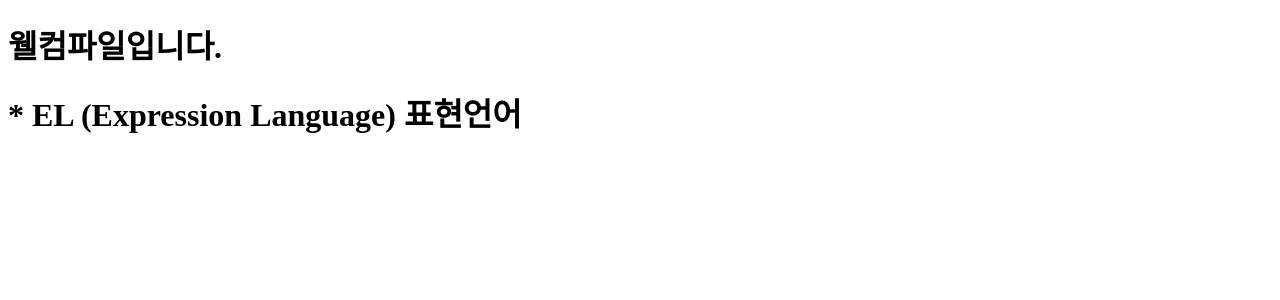
Repository: judeyong/myWebWorkSpace2
Page: http://localhost/Action_Project/
These files come from the project's save history. The page is drawn as it stood at one moment and after the next save; the edit follows.
The browser window is 1280 px wide. The pictures show the whole page.
The page is served by Tomcat 9.

Above is the page before, as saved 2024-04-03 00:24:03.

After the next save:
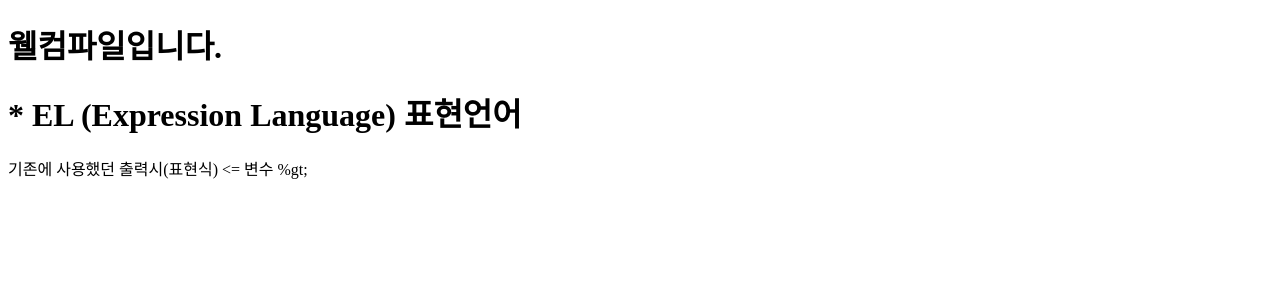
Saved 30 s later.
--- a/Action_Project/WebContent/index.jsp
+++ b/Action_Project/WebContent/index.jsp
@@ -11,7 +11,10 @@
 
 	<h1>* EL (Expression Language) 표현언어</h1>
 
-	<p></p>
+	<p>
+		기존에 사용했던 출력시(표현식) &lt;= 변수 %gt; <br>
+
+	</p>
 
 </body>
 </html>
